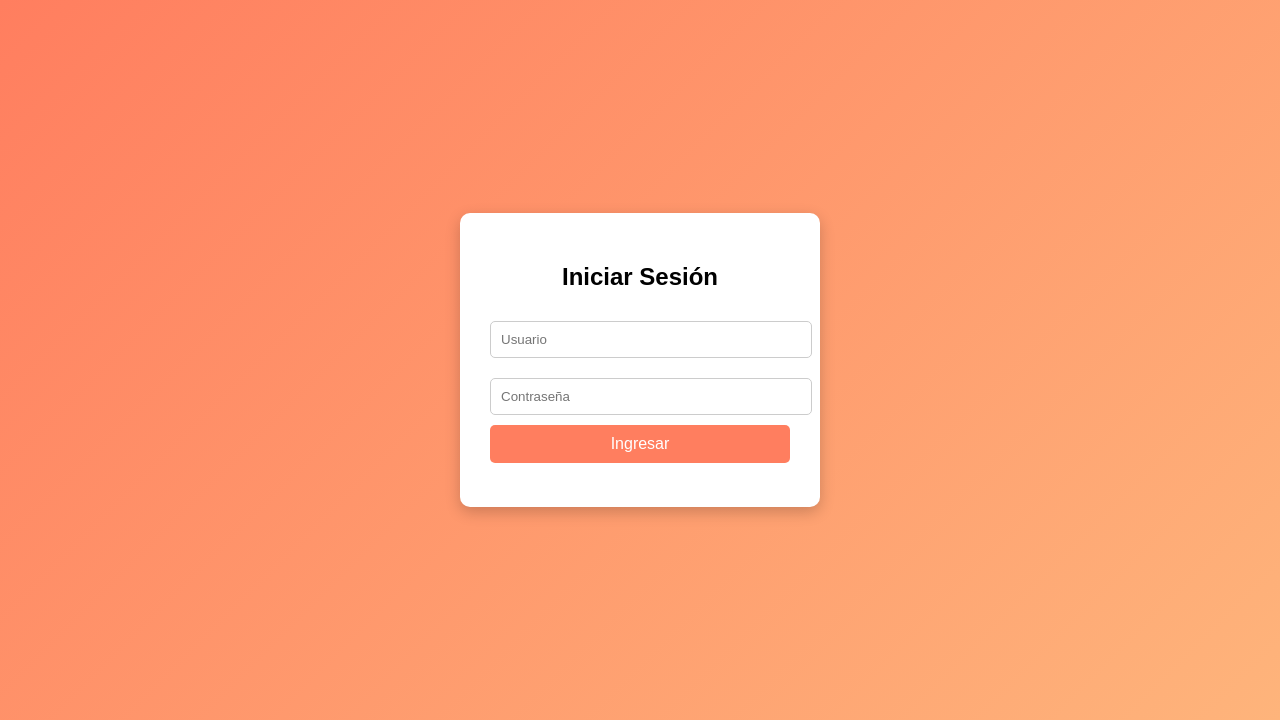
Repository: M1soca/CucharaBrava
Page: index.html
These files come from the project's save history. The page is drawn as it stood at one moment and after the next save; the edit follows.
The browser window is 1280 px wide. The pictures show the whole page.

Above is the page before, as saved 2026-04-30 19:42:04.

After the next save:
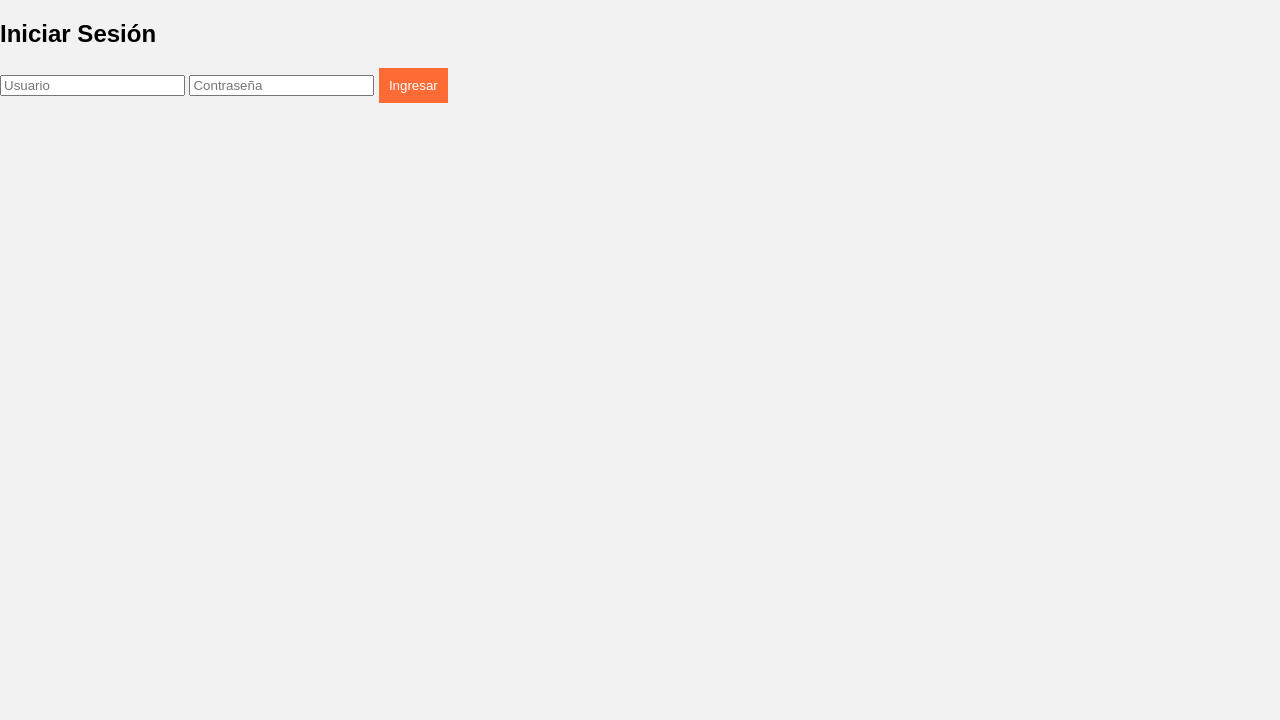
Saved 11 s later.
--- a/styles.css
+++ b/styles.css
@@ -1,51 +1,84 @@
 body {
-    font-family: Arial, sans-serif;
-    background: linear-gradient(135deg, #ff7e5f, #feb47b);
-    height: 100vh;
-    display: flex;
-    justify-content: center;
-    align-items: center;
+    font-family: Arial;
     margin: 0;
+    background: #f2f2f2;
 }
 
-.login-container {
-    background: white;
-    padding: 30px;
-    border-radius: 10px;
-    width: 300px;
+/* LOGIN */
+#login {
     text-align: center;
-    box-shadow: 0 5px 15px rgba(0,0,0,0.2);
+    margin-top: 100px;
 }
 
-.login-container h2 {
-    margin-bottom: 20px;
+#login input {
+    display: block;
+    margin: 10px auto;
+    padding: 10px;
+    width: 200px;
 }
 
-.login-container input {
-    width: 100%;
+button {
     padding: 10px;
-    margin: 10px 0;
-    border: 1px solid #ccc;
-    border-radius: 5px;
-}
-
-.login-container button {
-    width: 100%;
-    padding: 10px;
-    background: #ff7e5f;
+    background: #ff6b35;
+    color: white;
     border: none;
-    color: white;
-    font-size: 16px;
-    border-radius: 5px;
     cursor: pointer;
 }
 
-.login-container button:hover {
-    background: #e5674f;
+button:hover {
+    background: #e85a2a;
 }
 
-#mensaje {
-    margin-top: 10px;
-    font-size: 14px;
-    color: red;
+/* APP */
+.hidden {
+    display: none;
 }
+
+header {
+    background: #333;
+    color: white;
+    padding: 10px;
+    display: flex;
+    justify-content: space-between;
+}
+
+.form {
+    background: white;
+    padding: 15px;
+    margin: 10px;
+}
+
+.form input, .form select {
+    margin: 5px;
+    padding: 8px;
+}
+
+/* MESAS */
+#mesas {
+    display: grid;
+    grid-template-columns: repeat(5, 60px);
+    gap: 10px;
+    margin: 10px;
+}
+
+.mesa {
+    width: 60px;
+    height: 60px;
+    background: green;
+    color: white;
+    display: flex;
+    align-items: center;
+    justify-content: center;
+    cursor: pointer;
+}
+
+.ocupada {
+    background: red;
+}
+
+/* LISTAS */
+ul {
+    background: white;
+    margin: 10px;
+    padding: 10px;
+}
